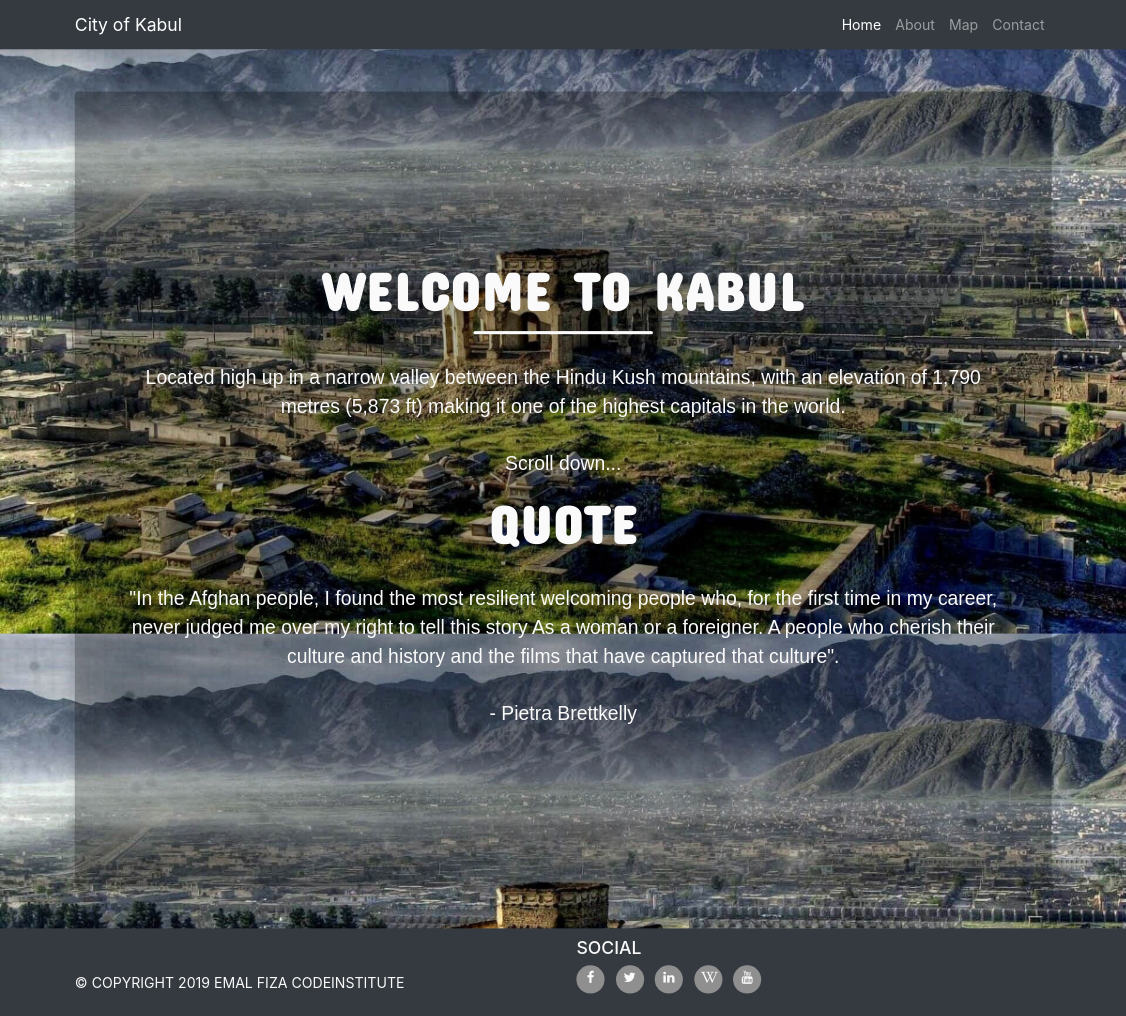
Repository: emalfiza/project-kabul
Page: index.html
The author's editor kept a record of every edit. The page is drawn from the files as they stood at one moment, then again after the next edit.
The browser window is 1280 px wide. The pictures show the whole page, at 88% of full size.
Backgrounds fixed to the window are drawn as part of the page. Some web fonts or font styles are not loaded; a fallback is used. Some web libraries are served in a nearby version.

Above is the page before.

After the next edit:
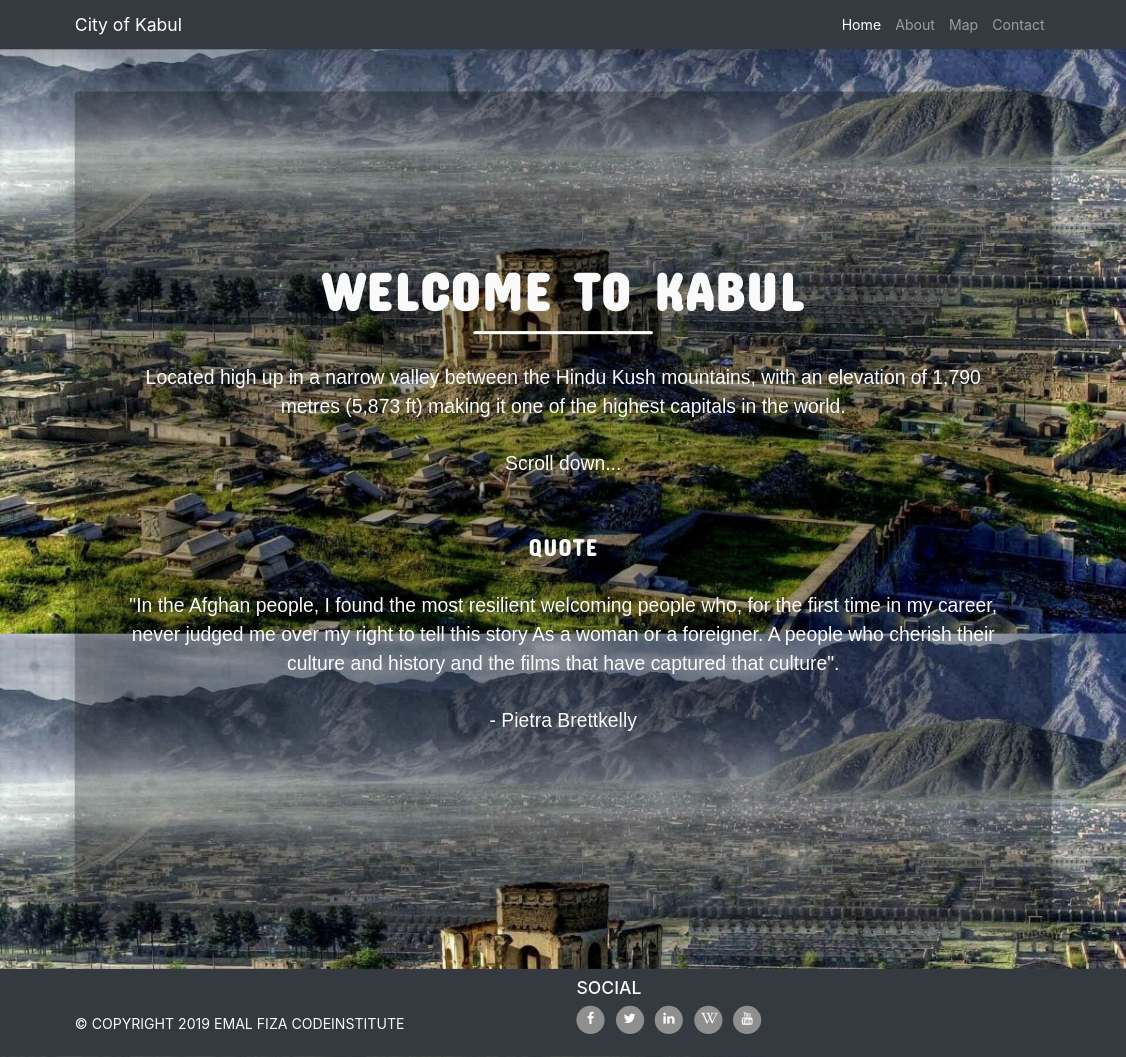
The edit:
--- a/assets/css/style.css
+++ b/assets/css/style.css
@@ -57,12 +57,11 @@
 
 .quote h3 {
   font-family: "Concert One", sans-serif;
-  font-weight: bolder;
-  text-align: center;
-  letter-spacing: 2px;
+  text-align: center;
+  letter-spacing: 1px;
   text-transform: uppercase;
-  font-size: 60px;
-  color: #fafafa;
+  color: #fafafa;
+  margin-top: 62px;
   margin-bottom: 10px;
 }
 
